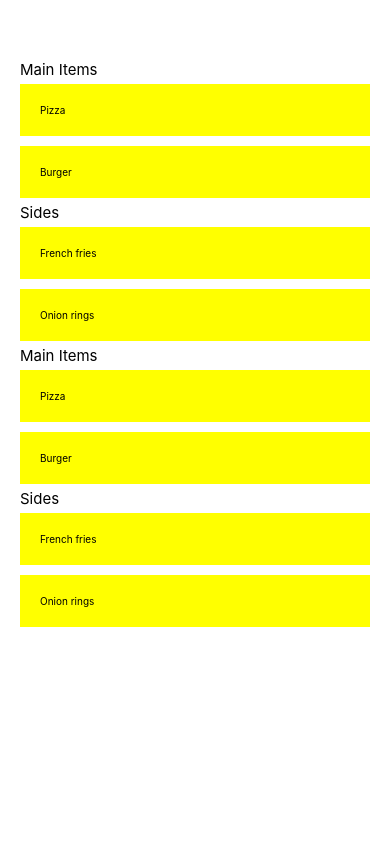
Repository: akinmiday/ReactNativeApp
Screen: /
These files come from the project's save history. The screen is drawn as it stood at one moment and after the next save; the edit follows.
The app was drawn by React Native's web renderer in a window 390 px wide. The project was rebuilt for these pictures with package versions that can differ from the ones it lists, and the page was loaded fresh each time.

Above is the screen before, as saved 2023-08-06 08:59:39.

### App.js
import { View, Text } from "react-native";
import styles from "./styles";
import { useState } from "react";
import CustomSectionList from "./CustomSectionList";

export default function App() {
  const { container } = styles;
  const DATA = [
    {
      title: "Main Items",
      data: ["Pizza", "Burger"],
    },
    {
      title: "Sides",
      data: ["French fries", "Onion rings"],
    },
  ];

  const DATA2 = [
    {
      title: "OS",
      data: ["Android", "IOS"],
    },
    {
      title: "Computer",
      data: ["Windows", "Linux", "Mac"],
    },
  ];

  return (
    <View style={container}>
      <CustomSectionList data={DATA} />
      <CustomSectionList data={DATA} />
    </View>
  );
}

### styles.js
import { StyleSheet } from "react-native";

const styles = StyleSheet.create({
  container: {
    marginTop: 40,
    padding: 20,
    backgroundColor: "#fff",
    flex: 1,
  },
  input: {
    backgroundColor: "pink",
    marginTop: 20,
    padding: 20,
    marginTop: 20,
    marginBottom: 20,
  },
  text: {
    fontSize: 20,
    color: "blue",
    fontWeight: "bold",
  },
  button: {
    backgroundColor: "yellow",
    padding: 15,
    alignItems: "center",
    width: "50%",
    alignSelf: "center",
    borderWidth: 5,
    borderColor: "green",
    marginTop: 20,
  },
  item: {
    backgroundColor: "yellow",
    padding: 20,
    marginVertical: 5,
  },
  header: {
    fontSize: 15,
  },
  title: {
    fontSize: 10,
  },
});

export default styles;

### CustomSectionList.js
import React from "react";
import { View, Text, SectionList } from "react-native";
import styles from "./styles";

export default function CustomSectionList(props) {
  const { data } = props;

  const { item, header } = styles;
  const Item = ({ title }) => (
    <View style={item}>
      <Text style={styles.title}>{title}</Text>
    </View>
  );
  return (
    <View>
      <SectionList
        sections={data}
        keyExtractor={(item, index) => item + index}
        renderItem={({ item }) => <Item title={item} renderSec />}
        renderSectionHeader={({ section: { title } }) => (
          <Text style={header}>{title}</Text>
        )}
      />
    </View>
  );
}

After the next save:
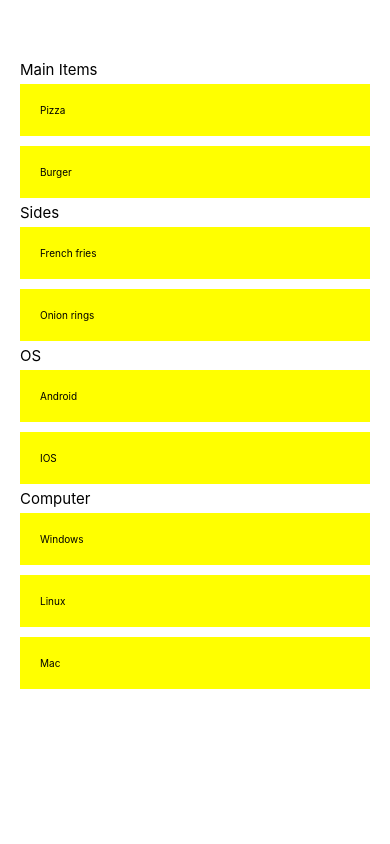
Saved 9 s later.
--- a/App.js
+++ b/App.js
@@ -30,7 +30,7 @@ export default function App() {
   return (
     <View style={container}>
       <CustomSectionList data={DATA} />
-      <CustomSectionList data={DATA} />
+      <CustomSectionList data={DATA2} />
     </View>
   );
 }
